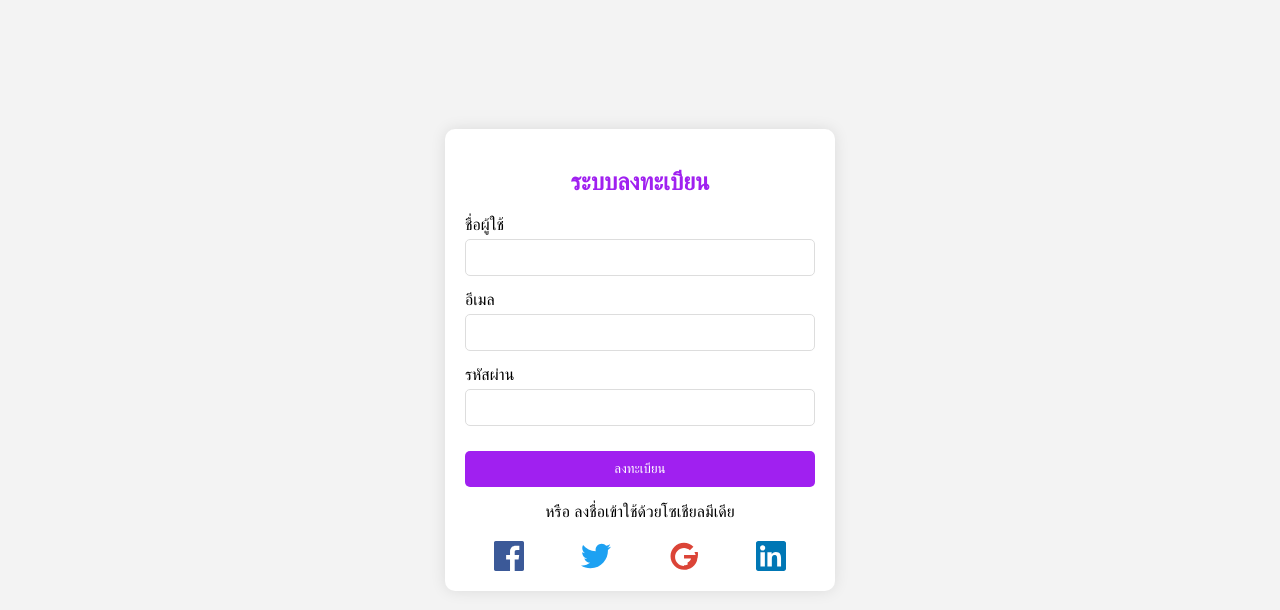
Repository: praifas16/ProPro
Page: docs/register.html
These files come from the project's save history. The page is drawn as it stood at one moment and after the next save; the edit follows.
The browser window is 1280 px wide. The pictures show the whole page.

Above is the page before, as saved 2024-08-21 15:55:37.

### docs/register.html
<!DOCTYPE html>
<html lang="th">

<head>
    <meta charset="UTF-8">
    <meta name="viewport" content="width=device-width, initial-scale=1.0">
    <title>หน้าเว็บลงทะเบียน</title>
    <style>
        /* เริ่มต้นส่วนของ CSS */

        body {
            font-family: Arial, sans-serif;
            background-color: #f3f3f3;
            margin: 0;
            padding: 0;
            display: flex;
            justify-content: center;
            align-items: center;
            height: 100vh;
        }

        .container {
            background-color: #fff;
            border-radius: 10px;
            box-shadow: 0 0 15px rgba(0, 0, 0, 0.1);
            padding: 20px;
            width: 350px;
        }

        .registration {
            text-align: center;
        }

        h2 {
            color: #a020f0;
            margin-bottom: 20px;
        }

        .input-group {
            margin-bottom: 15px;
            text-align: left;
        }

        label {
            display: block;
            margin-bottom: 5px;
        }

        input[type="text"],
        input[type="email"],
        input[type="password"] {
            width: 100%;
            padding: 10px;
            border: 1px solid #ddd;
            border-radius: 5px;
            box-sizing: border-box;
        }

        button {
            background-color: #a020f0;
            color: white;
            padding: 10px 15px;
            border: none;
            border-radius: 5px;
            cursor: pointer;
            width: 100%;
            margin-top: 10px;
        }

        button:hover {
            background-color: #8b008b;
        }

        .social-icons {
            display: flex;
            justify-content: space-around;
            margin-top: 20px;
        }

        .social-icons a {
            width: 30px;
            height: 30px;
            display: inline-block;
        }

        .social-icons a svg {
            width: 100%;
            height: 100%;
        }
        /* จบส่วนของ CSS */
    </style>
</head>

<body>
    <div class="container">
        <div class="registration">
            <h2>ระบบลงทะเบียน</h2>
            <form id="registerForm">
                <div class="input-group">
                    <label for="username">ชื่อผู้ใช้</label>
                    <input type="text" id="username" name="username" required>
                </div>
                <div class="input-group">
                    <label for="email">อีเมล</label>
                    <input type="email" id="email" name="email" required>
                </div>
                <div class="input-group">
                    <label for="password">รหัสผ่าน</label>
                    <input type="password" id="password" name="password" required>
                </div>
                <button type="submit">ลงทะเบียน</button>
            </form>
            <p>หรือ ลงชื่อเข้าใช้ด้วยโซเชียลมีเดีย</p>
            <div class="social-icons">
                <a href="#" aria-label="Facebook">
                    <svg xmlns="http://www.w3.org/2000/svg" fill="#3b5998" viewBox="0 0 24 24">
                        <path d="M22.675 0H1.326C.593 0 0 .593 0 1.326v21.349C0 23.406.593 24 1.326 24h11.49v-9.294H9.691V11.14h3.125V8.51c0-3.1 1.893-4.788 4.659-4.788 1.325 0 2.464.099 2.796.143v3.24l-1.918.001c-1.505 0-1.796.715-1.796 1.764v2.313h3.587l-.467 3.567h-3.12V24h6.116c.732 0 1.325-.594 1.325-1.325V1.326C24 .593 23.407 0 22.675 0z"/>
                    </svg>
                </a>
                <a href="#" aria-label="Twitter">
                    <svg xmlns="http://www.w3.org/2000/svg" fill="#1da1f2" viewBox="0 0 24 24">
                        <path d="M23.954 4.569c-.885.389-1.83.654-2.825.775 1.014-.611 1.794-1.574 2.163-2.724-.949.555-2.007.959-3.127 1.184-.896-.959-2.173-1.559-3.591-1.559-2.713 0-4.917 2.205-4.917 4.917 0 .39.045.765.127 1.124-4.083-.205-7.702-2.162-10.126-5.144-.423.729-.666 1.574-.666 2.476 0 1.71.87 3.214 2.188 4.096-.807-.026-1.566-.248-2.229-.616v.061c0 2.385 1.693 4.374 3.946 4.827-.413.111-.849.171-1.296.171-.317 0-.626-.03-.927-.086.626 1.956 2.444 3.381 4.6 3.421-1.685 1.319-3.808 2.105-6.115 2.105-.398 0-.79-.023-1.17-.069 2.179 1.397 4.768 2.212 7.557 2.212 9.054 0 14.003-7.496 14.003-13.986 0-.213-.004-.425-.014-.637.961-.694 1.8-1.562 2.46-2.548l-.047-.02z"/>
                    </svg>
                </a>
                <a href="#" aria-label="Google">
                    <svg xmlns="http://www.w3.org/2000/svg" fill="#db4437" viewBox="0 0 24 24">
                        <path d="M21.35 11.1h-9.33v2.8h5.58c-.243 1.2-1.19 2.5-2.73 3.21v2.6h4.42c2.6-2.4 3.91-5.91 3.91-8.92 0-.65-.06-1.29-.17-1.91h-2.68zm-9.33 8.8c-3.94 0-7.16-3.22-7.16-7.16s3.22-7.16 7.16-7.16c1.88 0 3.48.71 4.68 1.88l2.84-2.84c-2.11-1.96-4.88-3.16-7.52-3.16-5.96 0-10.8 4.84-10.8 10.8s4.84 10.8 10.8 10.8c5.17 0 9.49-3.57 10.62-8.33h-4.42c-.91 2.75-3.53 4.69-6.2 4.69z"/>
                    </svg>
                </a>
                <a href="#" aria-label="LinkedIn">
                    <svg xmlns="http://www.w3.org/2000/svg" fill="#0077b5" viewBox="0 0 24 24">
                        <path d="M22.23 0H1.77C.79 0 0 .78 0 1.75v20.49C0 23.22.78 24 1.77 24h20.46c.97 0 1.77-.78 1.77-1.76V1.75C24 .78 23.2 0 22.23 0zM7.09 20.45H3.56V9h3.53v11.45zM5.32 7.57c-1.14 0-2.07-.93-2.07-2.07 0-1.14.93-2.07 2.07-2.07 1.14 0 2.07.93 2.07 2.07 0 1.13-.93 2.07-2.07 2.07zm15.13 12.88h-3.53V14.5c0-1.42-.03-3.24-1.97-3.24-1.98 0-2.28 1.54-2.28 3.13v6.06h-3.54V9h3.4v1.56h.05c.47-.9 1.6-1.84 3.29-1.84 3.52 0 4.17 2.32 4.17 5.34v6.39z"/>
                    </svg>
                </a>
            </div>
        </div>
    </div>
    <script>
        // เริ่มต้นส่วนของ JavaScript
        document.getElementById('registerForm').addEventListener('submit', function(event) {
            event.preventDefault(); // ป้องกันการรีเฟรชหน้าเว็บเมื่อฟอร์มถูกส่ง

            const username = document.getElementById('username').value;
            const email = document.getElementById('email').value;
            const password = document.getElementById('password').value;

            console.log('กำลังลงทะเบียน:', username, email, password);

            // ที่นี่สามารถเพิ่มโค้ดเพื่อส่งข้อมูลไปยังเซิร์ฟเวอร์ได้
        });
        // จบส่วนของ JavaScript
    </script>
</body>

</html>

After the next save:
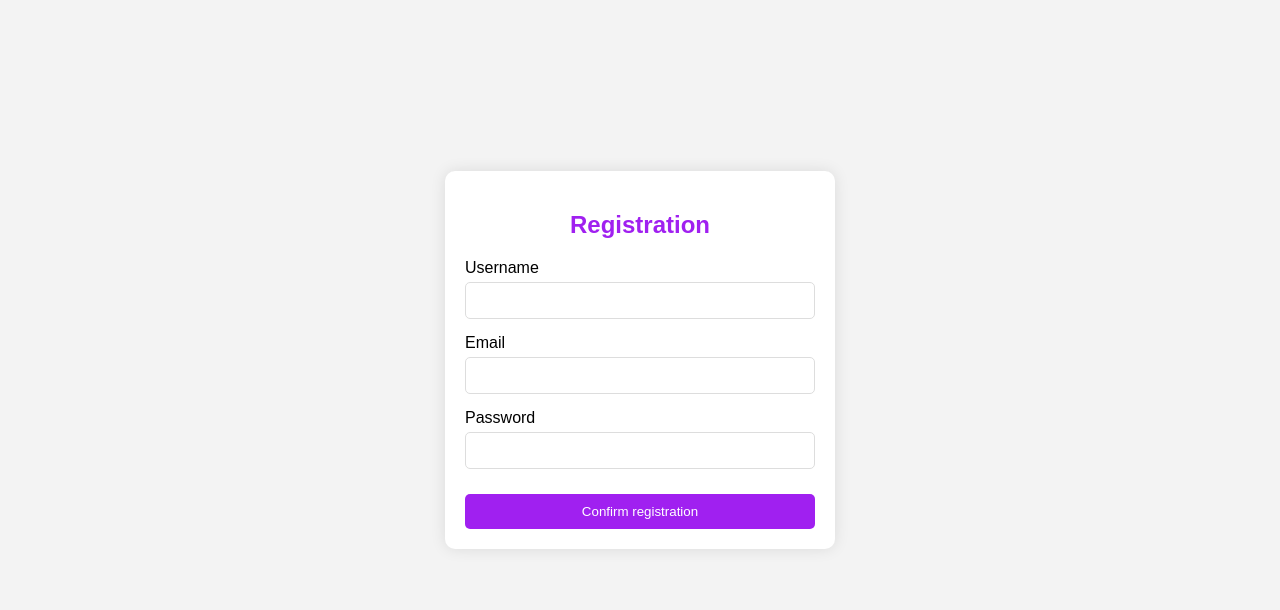
Console error: SyntaxError: Unexpected token ':'
Saved 17 s later.
--- a/docs/register.html
+++ b/docs/register.html
@@ -94,61 +94,32 @@
 <body>
     <div class="container">
         <div class="registration">
-            <h2>ระบบลงทะเบียน</h2>
+            <h2>Registration</h2>
             <form id="registerForm">
                 <div class="input-group">
-                    <label for="username">ชื่อผู้ใช้</label>
+                    <label for="username">Username</label>
                     <input type="text" id="username" name="username" required>
                 </div>
                 <div class="input-group">
-                    <label for="email">อีเมล</label>
+                    <label for="email">Email</label>
                     <input type="email" id="email" name="email" required>
                 </div>
                 <div class="input-group">
-                    <label for="password">รหัสผ่าน</label>
+                    <label for="password">Password</label>
                     <input type="password" id="password" name="password" required>
                 </div>
-                <button type="submit">ลงทะเบียน</button>
+                <button type="submit">Confirm registration</button>
             </form>
-            <p>หรือ ลงชื่อเข้าใช้ด้วยโซเชียลมีเดีย</p>
-            <div class="social-icons">
-                <a href="#" aria-label="Facebook">
-                    <svg xmlns="http://www.w3.org/2000/svg" fill="#3b5998" viewBox="0 0 24 24">
-                        <path d="M22.675 0H1.326C.593 0 0 .593 0 1.326v21.349C0 23.406.593 24 1.326 24h11.49v-9.294H9.691V11.14h3.125V8.51c0-3.1 1.893-4.788 4.659-4.788 1.325 0 2.464.099 2.796.143v3.24l-1.918.001c-1.505 0-1.796.715-1.796 1.764v2.313h3.587l-.467 3.567h-3.12V24h6.116c.732 0 1.325-.594 1.325-1.325V1.326C24 .593 23.407 0 22.675 0z"/>
-                    </svg>
-                </a>
-                <a href="#" aria-label="Twitter">
-                    <svg xmlns="http://www.w3.org/2000/svg" fill="#1da1f2" viewBox="0 0 24 24">
-                        <path d="M23.954 4.569c-.885.389-1.83.654-2.825.775 1.014-.611 1.794-1.574 2.163-2.724-.949.555-2.007.959-3.127 1.184-.896-.959-2.173-1.559-3.591-1.559-2.713 0-4.917 2.205-4.917 4.917 0 .39.045.765.127 1.124-4.083-.205-7.702-2.162-10.126-5.144-.423.729-.666 1.574-.666 2.476 0 1.71.87 3.214 2.188 4.096-.807-.026-1.566-.248-2.229-.616v.061c0 2.385 1.693 4.374 3.946 4.827-.413.111-.849.171-1.296.171-.317 0-.626-.03-.927-.086.626 1.956 2.444 3.381 4.6 3.421-1.685 1.319-3.808 2.105-6.115 2.105-.398 0-.79-.023-1.17-.069 2.179 1.397 4.768 2.212 7.557 2.212 9.054 0 14.003-7.496 14.003-13.986 0-.213-.004-.425-.014-.637.961-.694 1.8-1.562 2.46-2.548l-.047-.02z"/>
-                    </svg>
-                </a>
-                <a href="#" aria-label="Google">
-                    <svg xmlns="http://www.w3.org/2000/svg" fill="#db4437" viewBox="0 0 24 24">
-                        <path d="M21.35 11.1h-9.33v2.8h5.58c-.243 1.2-1.19 2.5-2.73 3.21v2.6h4.42c2.6-2.4 3.91-5.91 3.91-8.92 0-.65-.06-1.29-.17-1.91h-2.68zm-9.33 8.8c-3.94 0-7.16-3.22-7.16-7.16s3.22-7.16 7.16-7.16c1.88 0 3.48.71 4.68 1.88l2.84-2.84c-2.11-1.96-4.88-3.16-7.52-3.16-5.96 0-10.8 4.84-10.8 10.8s4.84 10.8 10.8 10.8c5.17 0 9.49-3.57 10.62-8.33h-4.42c-.91 2.75-3.53 4.69-6.2 4.69z"/>
-                    </svg>
-                </a>
-                <a href="#" aria-label="LinkedIn">
-                    <svg xmlns="http://www.w3.org/2000/svg" fill="#0077b5" viewBox="0 0 24 24">
-                        <path d="M22.23 0H1.77C.79 0 0 .78 0 1.75v20.49C0 23.22.78 24 1.77 24h20.46c.97 0 1.77-.78 1.77-1.76V1.75C24 .78 23.2 0 22.23 0zM7.09 20.45H3.56V9h3.53v11.45zM5.32 7.57c-1.14 0-2.07-.93-2.07-2.07 0-1.14.93-2.07 2.07-2.07 1.14 0 2.07.93 2.07 2.07 0 1.13-.93 2.07-2.07 2.07zm15.13 12.88h-3.53V14.5c0-1.42-.03-3.24-1.97-3.24-1.98 0-2.28 1.54-2.28 3.13v6.06h-3.54V9h3.4v1.56h.05c.47-.9 1.6-1.84 3.29-1.84 3.52 0 4.17 2.32 4.17 5.34v6.39z"/>
-                    </svg>
-                </a>
-            </div>
         </div>
     </div>
-    <script>
-        // เริ่มต้นส่วนของ JavaScript
-        document.getElementById('registerForm').addEventListener('submit', function(event) {
-            event.preventDefault(); // ป้องกันการรีเฟรชหน้าเว็บเมื่อฟอร์มถูกส่ง
 
-            const username = document.getElementById('username').value;
-            const email = document.getElementById('email').value;
-            const password = document.getElementById('password').value;
-
-            console.log('กำลังลงทะเบียน:', username, email, password);
-
-            // ที่นี่สามารถเพิ่มโค้ดเพื่อส่งข้อมูลไปยังเซิร์ฟเวอร์ได้
-        });
-        // จบส่วนของ JavaScript
+    <!-- Firebase JS SDK -->
+    <script type="module">
+        // Import the functions you need from the SDKs you need import { initializeApp } from "https://www.gstatic.com/firebasejs/9.23.0/firebase-app.js"; import { getFirestore, collection, addDoc } from "https://www.gstatic.com/firebasejs/9.23.0/firebase-firestore.js";
+        // Your web app's Firebase configuration const firebaseConfig = { apiKey: "AIzaSyC1qX4ttFX...", authDomain: "project-63a86.firebaseapp.com", projectId: "project-63a86", storageBucket: "project-63a86.appspot.com", messagingSenderId: "448111875731",
+        appId: "1:448111875731:web:6180e0c46cc10593051f66", measurementId: "G-SR4EFC2VFC" }; // Initialize Firebase const app = initializeApp(firebaseConfig); const db = getFirestore(app); document.getElementById('registerForm').addEventListener('submit',
+        async function(event) { event.preventDefault(); // ป้องกันการรีเฟรชหน้าเว็บเมื่อฟอร์มถูกส่ง const username = document.getElementById('username').value; const email = document.getElementById('email').value; const password = document.getElementById('password').value;
+        try { const docRef = await addDoc(collection(db, "users"), { username: username, email: email, password: password }); console.log("Document written with ID: ", docRef.id); } catch (e) { console.error("Error adding document: ", e); } });
     </script>
 </body>
 
